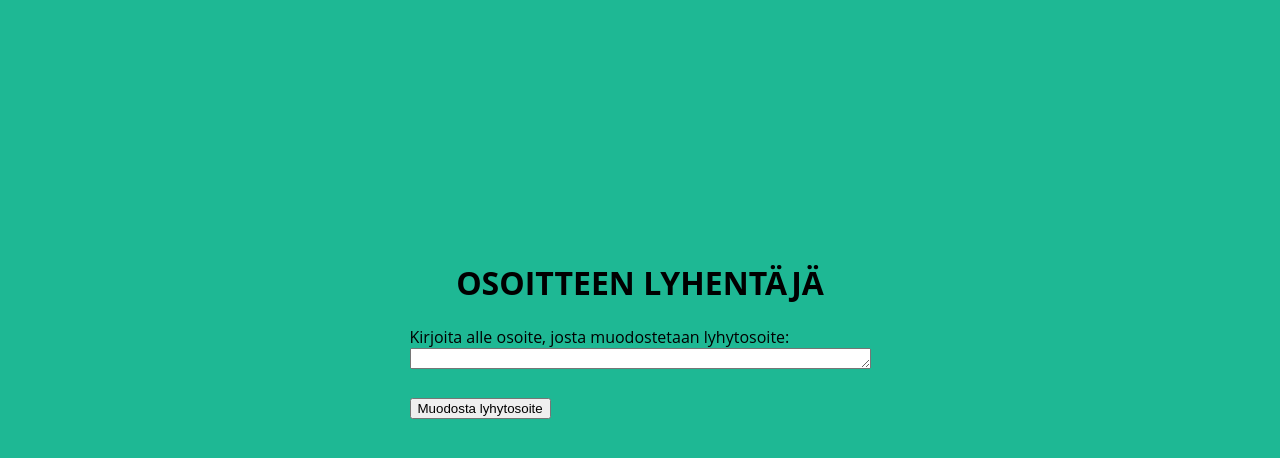
Repository: koodaajakige/knykanen
Page: public_html/redirect/lomake.html
An editor plug-in stored every save of this project. The page is shown before and after the next save, followed by the edit.
The browser window is 1280 px wide. The pictures show the whole page.

Above is the page before, as saved 2023-01-12 12:36:35.

After the next save:
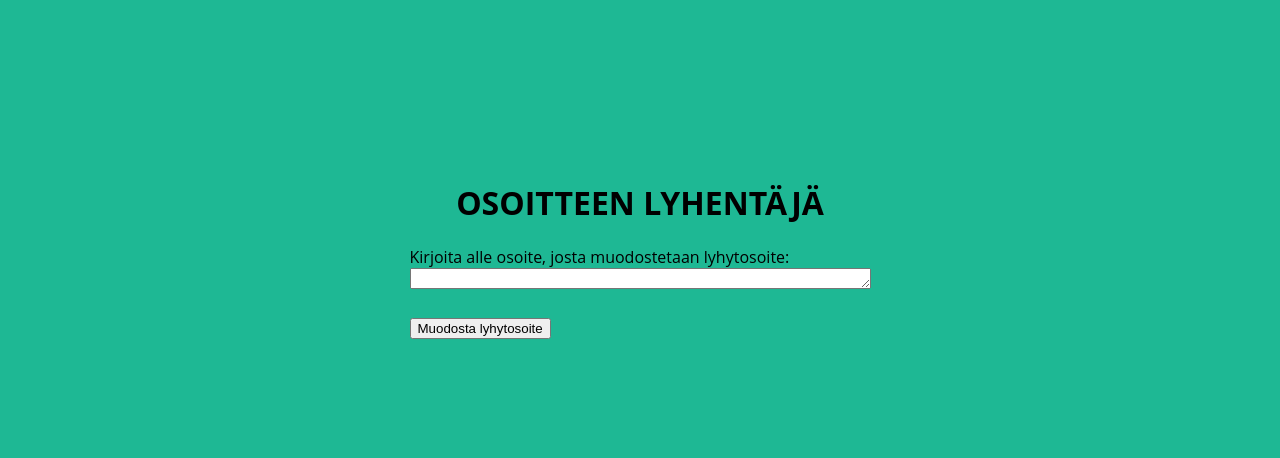
Saved 11 s later.
--- a/public_html/redirect/kigestyle.css
+++ b/public_html/redirect/kigestyle.css
@@ -5,7 +5,7 @@ body {
     background-color: rgb(30, 184, 148);
     max-width: 40em;
 	width: 90%;
-	margin: 15em auto;
+	margin: 10em auto;
     display: flex;
     flex-direction: column;
     align-items: center;
